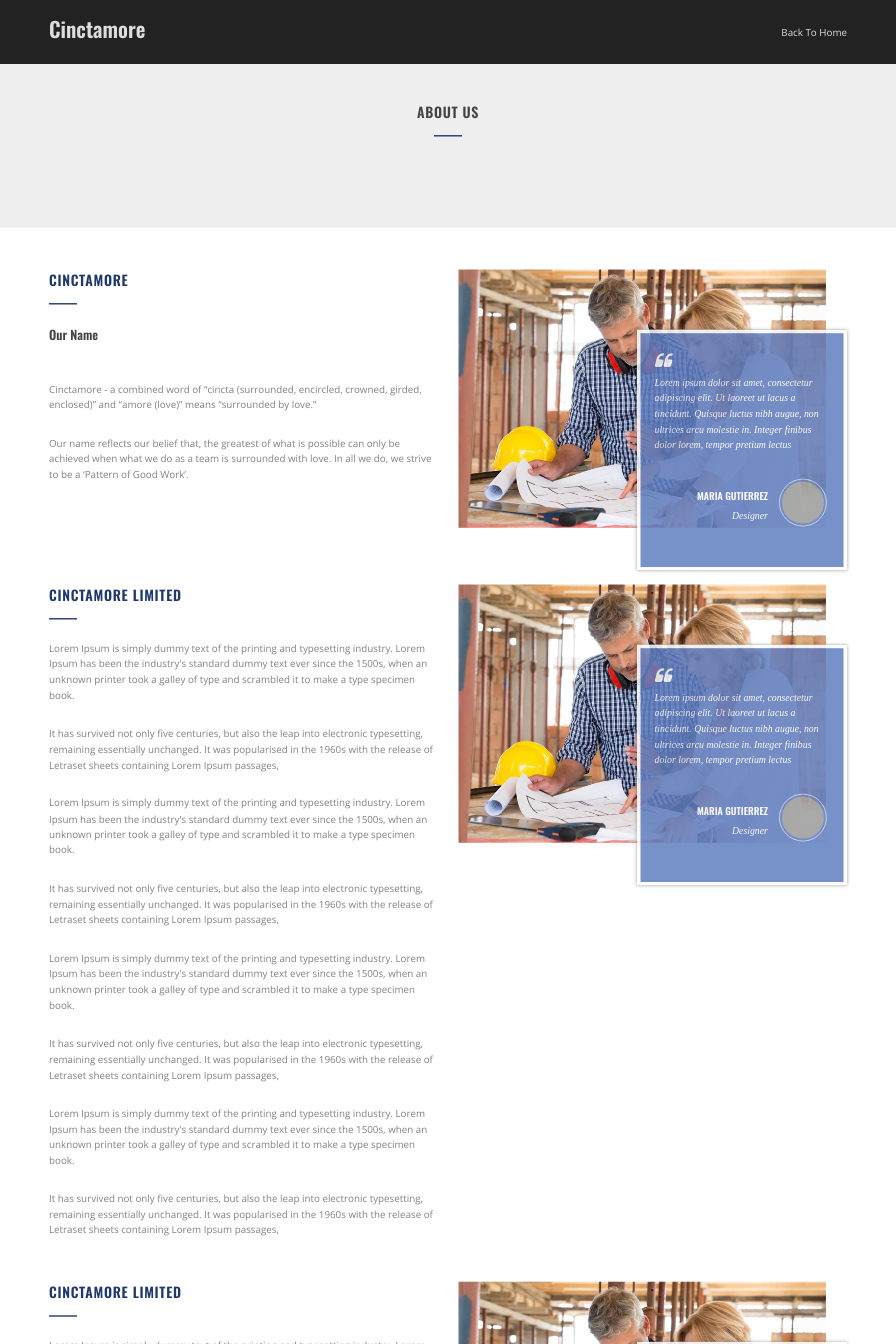
Repository: techieaccl/techieaccl.github.io
Page: about-us.html
An editor plug-in stored every save of this project. The page is shown before and after the next save, followed by the edit.
The browser window is 1280 px wide. The pictures show the part of the page from y = 0 to 1920 px (the page is 3313 px tall), at 70% of full size.
Pictures or frames that could not be fetched are drawn as grey boxes. Some web fonts or font styles are not loaded; a fallback is used.

Above is the page before, as saved 2021-09-08 20:37:16.

### about-us.html
<!DOCTYPE html>
<html>
    <head>
		<title>About Us</title>
		<meta charset="utf-8">
		<meta name="viewport" content="width=device-width, initial-scale=1.0, maximum-scale=1.0, user-scalable=no">
		<meta name="format-detection" content="telephone=no">
		<meta name="apple-mobile-web-app-capable" content="yes">
		<!-- Fonts-->
		<link rel="stylesheet" type="text/css" href="assets/fonts/fontawesome/font-awesome.min.css">
		<link rel="stylesheet" type="text/css" href="assets/fonts/pe-icon/pe-icon.css">
		<!-- Vendors-->
		<link rel="stylesheet" type="text/css" href="assets/vendors/bootstrap/grid.css">
		<link rel="stylesheet" type="text/css" href="assets/vendors/magnific-popup/magnific-popup.min.css">
		<link rel="stylesheet" type="text/css" href="assets/vendors/swiper/swiper.css">
		<!-- App & fonts-->
		<link rel="stylesheet" type="text/css" href="https://fonts.googleapis.com/css?family=Open+Sans:400,700|Oswald:400,600|Playfair+Display:400i">
		<link rel="stylesheet" type="text/css" href="assets/css/main.css"><!--[if lt IE 9]>
			<script src="https://oss.maxcdn.com/libs/html5shiv/3.7.0/html5shiv.js"></script>
		<![endif]-->
	</head>

    <body>
                <!-- preload -->
				<div class="preload" id="preload">
					<div class="cssload-spin-box"></div>
				</div><!-- End / preload -->


        <div class="page-wrap">
            <!-- header -->
			<header class="header header-fixheight header--fixed">
				<div class="container">
					<div class="header__inner">
						<div class="header-logo">
							<!-- <a href="home.html"><img src="assets/img/logo_white.png" alt=""/></a> -->
							<h1><strong>Cinctamore </strong></h1>
						</div>
						<!-- raising-menu -->
                        <ul class="raising-menu-generic">
                            <li><a href="index.html">Back To Home</a>
                            </li>
                        </ul><!-- raising-menu -->

					</div>
				</div>
			</header><!-- End / header -->

            <!-- Content-->
			<div class="md-content">

                <!-- Section -->
				<section class="md-section">
					<div class="container">
						<div class="row">
							<div class="col-lg-8 col-xs-offset-0 col-sm-offset-0 col-md-offset-0 col-lg-offset-2 ">

								<!-- sec-title -->
								<div class="sec-title sec-title__lg-title md-text-center">
									<br><br>
									<h2 class="sec-title__title">About Us</h2><span class="sec-title__divider"></span>
								</div><!-- End / sec-title -->

							</div>
						</div>
					</div>
				</section>

				<!-- Section -->
				<section class="md-section" style="background-color:#fff;padding:60px 0;">
					<div class="container">
						<div class="row">
							<div class="col-lg-6 ">
								<div class="mb-30">

									<!-- sec-title -->
									<div class="sec-title sec-title__lg-title">
										<h2 class="sec-title__title"><span>Cinctamore </span></h2><span class="sec-title__divider"></span>
									</div><!-- End / sec-title -->

									<h4><p><strong>Our Name</strong></p></h4><br><br>
									<p>Cinctamore - a combined word of “cincta (surrounded, encircled, crowned, girded, enclosed)” and “amore (love)” means “surrounded by love.”</p><br>
									<p>Our name reflects our belief that, the greatest of what is possible can only be achieved when what we do as a team is surrounded with love. In all we do, we strive to be a ‘Pattern of Good Work’. </p><br>
								</div>
							</div>
							<div class="col-lg-6 ">

								<!-- about -->
								<div class="about"><img src="assets/img/about/2.jpg" alt=""/>

									<!-- quote-02 -->
									<blockquote class="quote-02 about-quote">
										<p class="quote-02__text">Lorem ipsum dolor sit amet, consectetur adipiscing elit. Ut laoreet ut lacus a tincidunt. Quisque luctus nibh augue, non ultrices arcu molestie in. Integer finibus dolor lorem, tempor pretium lectus</p>

										<!-- authorbox -->
										<div class="authorbox">
											<div class="authorbox__avartar" style="background-image: url(https://unsplash.it/800);"><img src="https://unsplash.it/800" alt=""/></div>
											<div class="authorbox__info">
												<h5 class="authorbox__name">Maria Gutierrez</h5>
												<p class="authorbox__work">Designer</p>
											</div>
										</div><!-- End / authorbox -->

									</blockquote><!-- End / quote-02 -->

								</div><!-- End / about -->

							</div>
						</div>
						<div class="row">
							<div class="col-lg-6 ">
								<div class="mb-30">

									<!-- sec-title -->
									<div class="sec-title sec-title__lg-title">
										<h2 class="sec-title__title"><span>Cinctamore Limited</span></h2><span class="sec-title__divider"></span>
									</div><!-- End / sec-title -->

									<p>Lorem Ipsum is simply dummy text of the printing and typesetting industry. Lorem Ipsum has been the industry's standard dummy text ever since the 1500s, when an unknown printer took a galley of type and scrambled it to make a type specimen book.</p><br>
									<p>It has survived not only five centuries, but also the leap into electronic typesetting, remaining essentially unchanged. It was popularised in the 1960s with the release of Letraset sheets containing Lorem Ipsum passages,</p><br>
									<p>Lorem Ipsum is simply dummy text of the printing and typesetting industry. Lorem Ipsum has been the industry's standard dummy text ever since the 1500s, when an unknown printer took a galley of type and scrambled it to make a type specimen book.</p><br>
									<p>It has survived not only five centuries, but also the leap into electronic typesetting, remaining essentially unchanged. It was popularised in the 1960s with the release of Letraset sheets containing Lorem Ipsum passages,</p><br>
									<p>Lorem Ipsum is simply dummy text of the printing and typesetting industry. Lorem Ipsum has been the industry's standard dummy text ever since the 1500s, when an unknown printer took a galley of type and scrambled it to make a type specimen book.</p><br>
									<p>It has survived not only five centuries, but also the leap into electronic typesetting, remaining essentially unchanged. It was popularised in the 1960s with the release of Letraset sheets containing Lorem Ipsum passages,</p><br>
									<p>Lorem Ipsum is simply dummy text of the printing and typesetting industry. Lorem Ipsum has been the industry's standard dummy text ever since the 1500s, when an unknown printer took a galley of type and scrambled it to make a type specimen book.</p><br>
									<p>It has survived not only five centuries, but also the leap into electronic typesetting, remaining essentially unchanged. It was popularised in the 1960s with the release of Letraset sheets containing Lorem Ipsum passages,</p><br>
								</div>
							</div>
							<div class="col-lg-6 ">

								<!-- about -->
								<div class="about"><img src="assets/img/about/2.jpg" alt=""/>

									<!-- quote-02 -->
									<blockquote class="quote-02 about-quote">
										<p class="quote-02__text">Lorem ipsum dolor sit amet, consectetur adipiscing elit. Ut laoreet ut lacus a tincidunt. Quisque luctus nibh augue, non ultrices arcu molestie in. Integer finibus dolor lorem, tempor pretium lectus</p>

										<!-- authorbox -->
										<div class="authorbox">
											<div class="authorbox__avartar" style="background-image: url(https://unsplash.it/800);"><img src="https://unsplash.it/800" alt=""/></div>
											<div class="authorbox__info">
												<h5 class="authorbox__name">Maria Gutierrez</h5>
												<p class="authorbox__work">Designer</p>
											</div>
										</div><!-- End / authorbox -->

									</blockquote><!-- End / quote-02 -->

								</div><!-- End / about -->

							</div>
						</div>
						<div class="row">
							<div class="col-lg-6 ">
								<div class="mb-30">

									<!-- sec-title -->
									<div class="sec-title sec-title__lg-title">
										<h2 class="sec-title__title"><span>Cinctamore Limited</span></h2><span class="sec-title__divider"></span>
									</div><!-- End / sec-title -->

									<p>Lorem Ipsum is simply dummy text of the printing and typesetting industry. Lorem Ipsum has been the industry's standard dummy text ever since the 1500s, when an unknown printer took a galley of type and scrambled it to make a type specimen book.</p><br>
									<p>It has survived not only five centuries, but also the leap into electronic typesetting, remaining essentially unchanged. It was popularised in the 1960s with the release of Letraset sheets containing Lorem Ipsum passages,</p><br>
									<p>Lorem Ipsum is simply dummy text of the printing and typesetting industry. Lorem Ipsum has been the industry's standard dummy text ever since the 1500s, when an unknown printer took a galley of type and scrambled it to make a type specimen book.</p><br>
									<p>It has survived not only five centuries, but also the leap into electronic typesetting, remaining essentially unchanged. It was popularised in the 1960s with the release of Letraset sheets containing Lorem Ipsum passages,</p><br>
									<p>Lorem Ipsum is simply dummy text of the printing and typesetting industry. Lorem Ipsum has been the industry's standard dummy text ever since the 1500s, when an unknown printer took a galley of type and scrambled it to make a type specimen book.</p><br>
									<p>It has survived not only five centuries, but also the leap into electronic typesetting, remaining essentially unchanged. It was popularised in the 1960s with the release of Letraset sheets containing Lorem Ipsum passages,</p><br>
									<p>Lorem Ipsum is simply dummy text of the printing and typesetting industry. Lorem Ipsum has been the industry's standard dummy text ever since the 1500s, when an unknown printer took a galley of type and scrambled it to make a type specimen book.</p><br>
									<p>It has survived not only five centuries, but also the leap into electronic typesetting, remaining essentially unchanged. It was popularised in the 1960s with the release of Letraset sheets containing Lorem Ipsum passages,</p><br>
								</div>
							</div>
							<div class="col-lg-6 ">

								<!-- about -->
								<div class="about"><img src="assets/img/about/2.jpg" alt=""/>

									<!-- quote-02 -->
									<blockquote class="quote-02 about-quote">
										<p class="quote-02__text">Lorem ipsum dolor sit amet, consectetur adipiscing elit. Ut laoreet ut lacus a tincidunt. Quisque luctus nibh augue, non ultrices arcu molestie in. Integer finibus dolor lorem, tempor pretium lectus</p>

										<!-- authorbox -->
										<div class="authorbox">
											<div class="authorbox__avartar" style="background-image: url(https://unsplash.it/800);"><img src="https://unsplash.it/800" alt=""/></div>
											<div class="authorbox__info">
												<h5 class="authorbox__name">Maria Gutierrez</h5>
												<p class="authorbox__work">Designer</p>
											</div>
										</div><!-- End / authorbox -->

									</blockquote><!-- End / quote-02 -->

								</div><!-- End / about -->

							</div>
						</div>
					</div>
				</section>
				<!-- End / Section -->

				<!-- footer-01 -->
			<footer class="footer-01 md-skin-dark">
				<div class="footer-01__widget">
					<div class="container">
						<div class="row">
							<div class="col-md-6 col-lg-4 ">

								<!-- widget -->
								<section class="widget">

									<!-- sec-title -->
									<div class="sec-title">
										<h2 class="sec-title__title">about us</h2><span class="sec-title__divider"></span>
									</div><!-- End / sec-title -->

									<p>  Lorem ipsum dolor sit amet, consectetur adipisicing elit. Quis a rerum ratione aliquam placeat labore nemo itaque voluptas laudantium consequuntur ut quam, aperiam harum ipsam?</p>
								</section><!-- End / widget -->

							</div>

							<div class="col-md-6 col-lg-4 ">

								<!-- widget -->
								<section class="widget">

									<!-- sec-title -->
									<div class="sec-title">
										<h2 class="sec-title__title">Socials</h2><span class="sec-title__divider"></span>
									</div><!-- End / sec-title -->


									<!-- widget-gallery -->
									<div class="widget-gallery">
										<div class="widget-gallery__item"><a href="#" style="background-image: url('http://placehold.it/400x400');"><img src="http://placehold.it/400x400" alt=""/></a></div>
										<div class="widget-gallery__item"><a href="#" style="background-image: url('http://placehold.it/400x400');"><img src="http://placehold.it/400x400" alt=""/></a></div>
										<div class="widget-gallery__item"><a href="#" style="background-image: url('http://placehold.it/400x400');"><img src="http://placehold.it/400x400" alt=""/></a></div>
										<!-- <div class="widget-gallery__item"><a href="#" style="background-image: url('http://placehold.it/400x400');"><img src="http://placehold.it/400x400" alt=""/></a></div>
										<div class="widget-gallery__item"><a href="#" style="background-image: url('http://placehold.it/400x400');"><img src="http://placehold.it/400x400" alt=""/></a></div>
										<div class="widget-gallery__item"><a href="#" style="background-image: url('http://placehold.it/400x400');"><img src="http://placehold.it/400x400" alt=""/></a></div>
										<div class="widget-gallery__item"><a href="#" style="background-image: url('http://placehold.it/400x400');"><img src="http://placehold.it/400x400" alt=""/></a></div>
										<div class="widget-gallery__item"><a href="#" style="background-image: url('http://placehold.it/400x400');"><img src="http://placehold.it/400x400" alt=""/></a></div>
										<div class="widget-gallery__item"><a href="#" style="background-image: url('http://placehold.it/400x400');"><img src="http://placehold.it/400x400" alt=""/></a></div> -->
									</div><!-- End /  widget-gallery -->

								</section><!-- End / widget -->

							</div>
							<div class="col-lg-4 ">

								<!-- widget -->
								<section class="widget">

									<!-- sec-title -->
									<div class="sec-title">
										<h2 class="sec-title__title">working hours</h2><span class="sec-title__divider"></span>
									</div><!-- End / sec-title -->

									<p> Lorem ipsum dolor sit amet, consectetur</p>

									<!--  -->
									<div>
										<div class="widget-contact__item"><span class="widget-contact__title">Tel:</span>
											<p class="widget-contact__text">+44 1632 960948</p>
										</div>
										<div class="widget-contact__item"><span class="widget-contact__title">email:</span>
											<p class="widget-contact__text"><a href="#">info@awe7.com</a></p>
										</div>
										<div class="widget-contact__item"><span class="widget-contact__title">Working Hours</span>
											<p class="widget-contact__text">Mon - Sat: 9:00 - 18:00</p>
										</div>
									</div><!-- End /   -->

								</section><!-- End / widget -->

							</div>
						</div>
					</div>
				</div>

				<!-- copyright-01 -->
				<div class="copyright-01 md-text-center">
					<div class="container">
						<p class="copyright-01__copy">2021 &copy;. All rights Reserved.</p>
					</div>
				</div><!-- End / copyright-01 -->

			</footer><!-- End / footer-01 -->
            </div>
			<!-- End / Content-->
        </div>
    </body>
</html>

Loaded but not shown: assets/fonts/fontawesome/font-awesome.min.css (library); assets/fonts/pe-icon/pe-icon.css (common file); assets/vendors/bootstrap/grid.css (library); assets/vendors/magnific-popup/magnific-popup.min.css (library); assets/vendors/swiper/swiper.css (library); assets/css/main.css (4044 lines, source omitted)

After the next save:
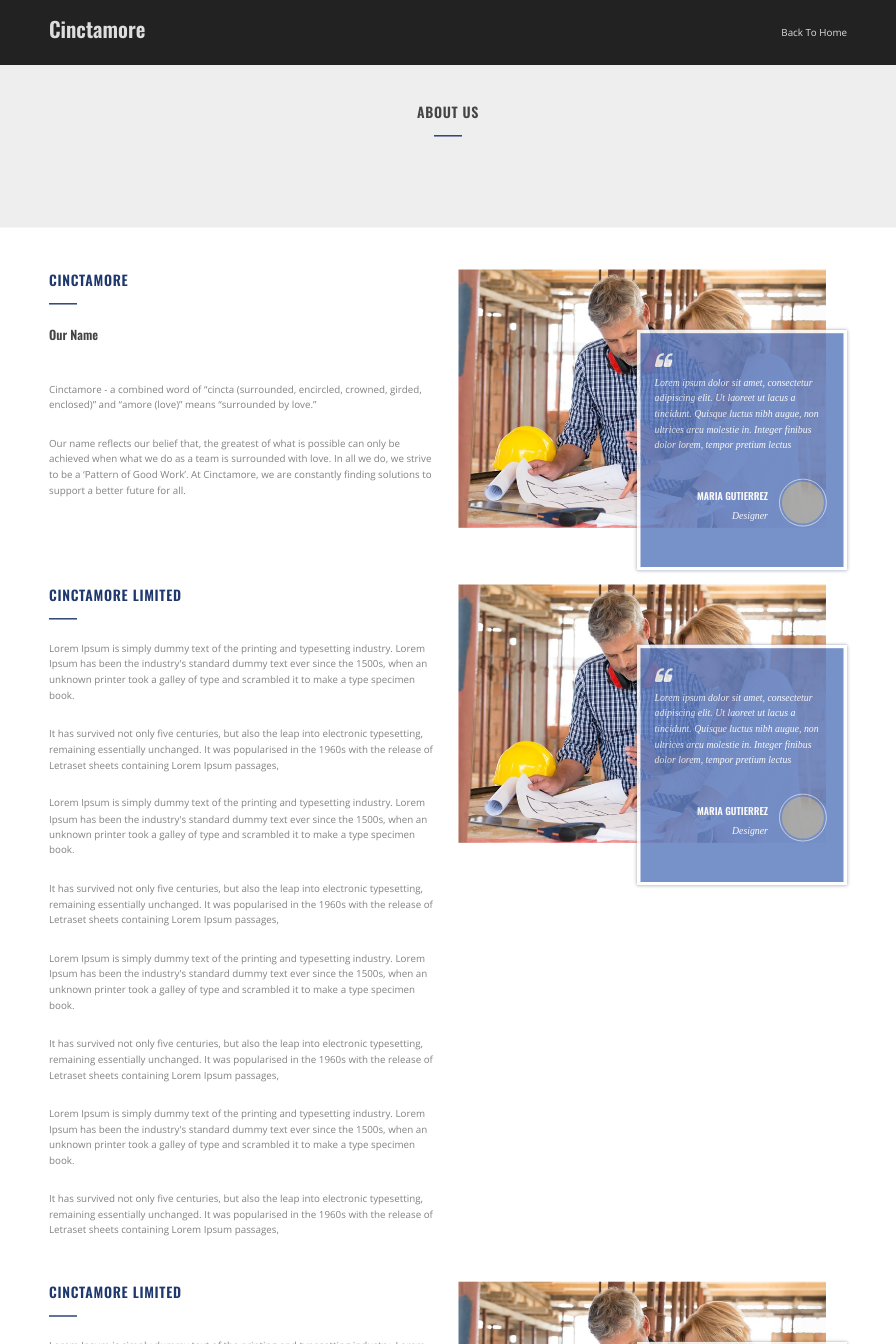
Saved 70 s later.
--- a/about-us.html
+++ b/about-us.html
@@ -80,7 +80,8 @@
 
 									<h4><p><strong>Our Name</strong></p></h4><br><br>
 									<p>Cinctamore - a combined word of “cincta (surrounded, encircled, crowned, girded, enclosed)” and “amore (love)” means “surrounded by love.”</p><br>
-									<p>Our name reflects our belief that, the greatest of what is possible can only be achieved when what we do as a team is surrounded with love. In all we do, we strive to be a ‘Pattern of Good Work’. </p><br>
+									<p>Our name reflects our belief that, the greatest of what is possible can only be achieved when what we do as a team is surrounded with love. In all we do, we strive to be a ‘Pattern of Good Work’.
+									 <span>At Cinctamore, we are constantly finding solutions to support a better future for all. </span></span></p><br>
 								</div>
 							</div>
 							<div class="col-lg-6 ">
